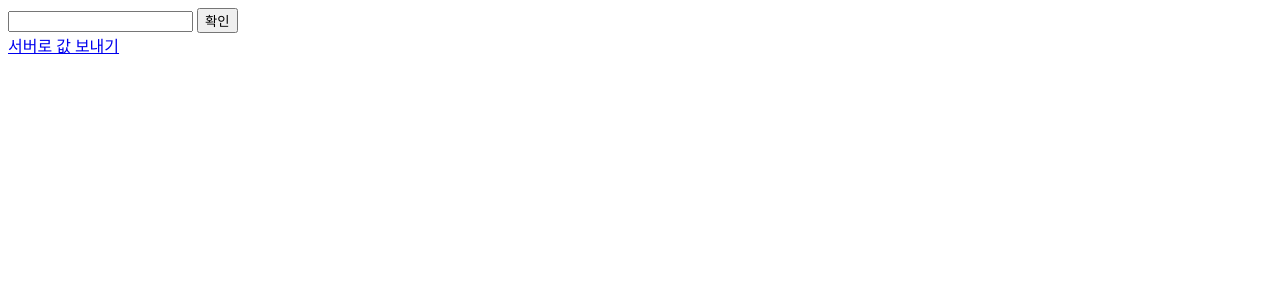
Repository: SniperDitto/save
Page: http://localhost/Boards0425/02_client/01_boards/sendServer.jsp
An editor plug-in stored every save of this project. The page is shown before and after the next save, followed by the edit.
The browser window is 1280 px wide. The pictures show the whole page.
The page is served by Tomcat 9. Other server files are loaded and not shown.

Above is the page before, as saved 2022-04-26 03:19:01.

### 2022JAVA_YSH 1/JAVA/Web/Boards0425/WebContent/02_client/01_boards/sendServer.jsp
<%@ page language="java" contentType="text/html; charset=UTF-8"
    pageEncoding="UTF-8"%>
<!DOCTYPE html>
<html>
<head>
<meta charset="UTF-8">
<title>서버로 값을 보내는 2가지 방법</title>
</head>
<body>

	<form action="./sendServer_ok.jsp" method="get">
		<input type="text" name="text"/>
		<button>확인</button>
	</form>


	<form action="./sendServer_ok.jsp" method="post">
	<div>
		<a href="./sendServer_ok.jsp">서버로 값 보내기</a>
	</div>
	</form>
</body>
</html>

After the next save:
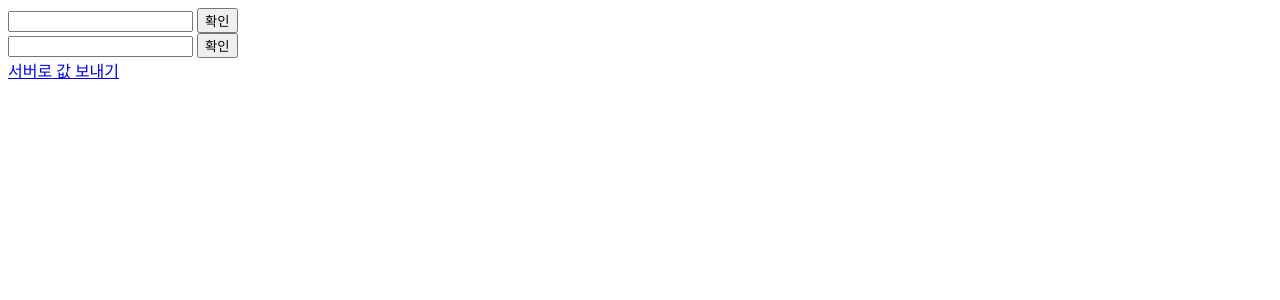
Saved 25 s later.
--- a/2022JAVA_YSH 1/JAVA/Web/Boards0425/WebContent/02_client/01_boards/sendServer.jsp
+++ b/2022JAVA_YSH 1/JAVA/Web/Boards0425/WebContent/02_client/01_boards/sendServer.jsp
@@ -15,9 +15,13 @@
 
 
 	<form action="./sendServer_ok.jsp" method="post">
+		<input type="text" name="text"/>
+		<button>확인</button>
+	</form>
+
 	<div>
 		<a href="./sendServer_ok.jsp">서버로 값 보내기</a>
 	</div>
-	</form>
+
 </body>
 </html>
